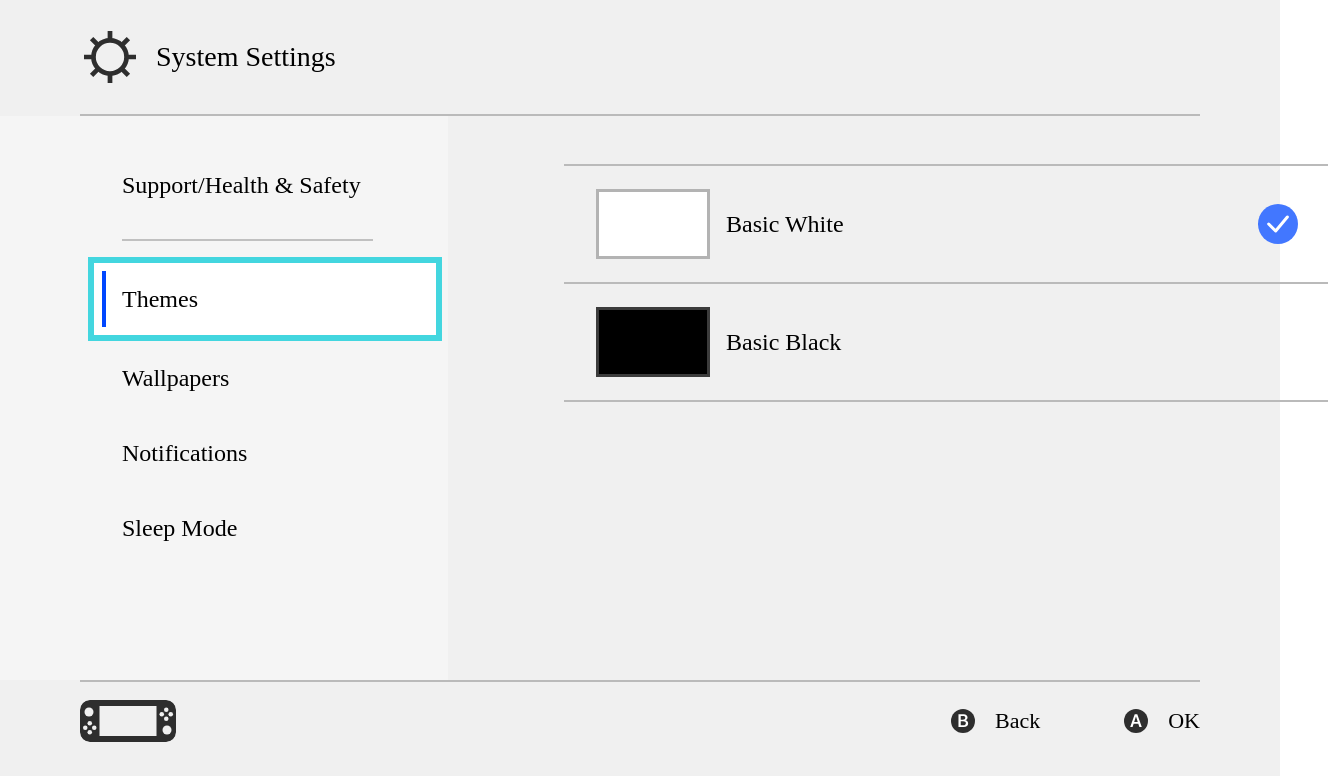
Repository: danielj1415/nintendoSwitchUI2
Page: /settings
An editor plug-in stored every save of this project. The page is shown before and after the next save, followed by the edit.
The browser window is 1280 px wide. The page is 1328 px wide, so the pictures cover 1328 px, including what lies to the right of the window. The pictures show the whole page.
The project was rebuilt for these pictures with package versions that can differ from the ones it lists, and the page was loaded fresh each time. Also part of the build but not shown: vite.config.js, src/ScreenHome.jsx, src/ScreenAlbum.jsx.

Above is the page before, as saved 2024-10-09 18:18:44.

After the next save:
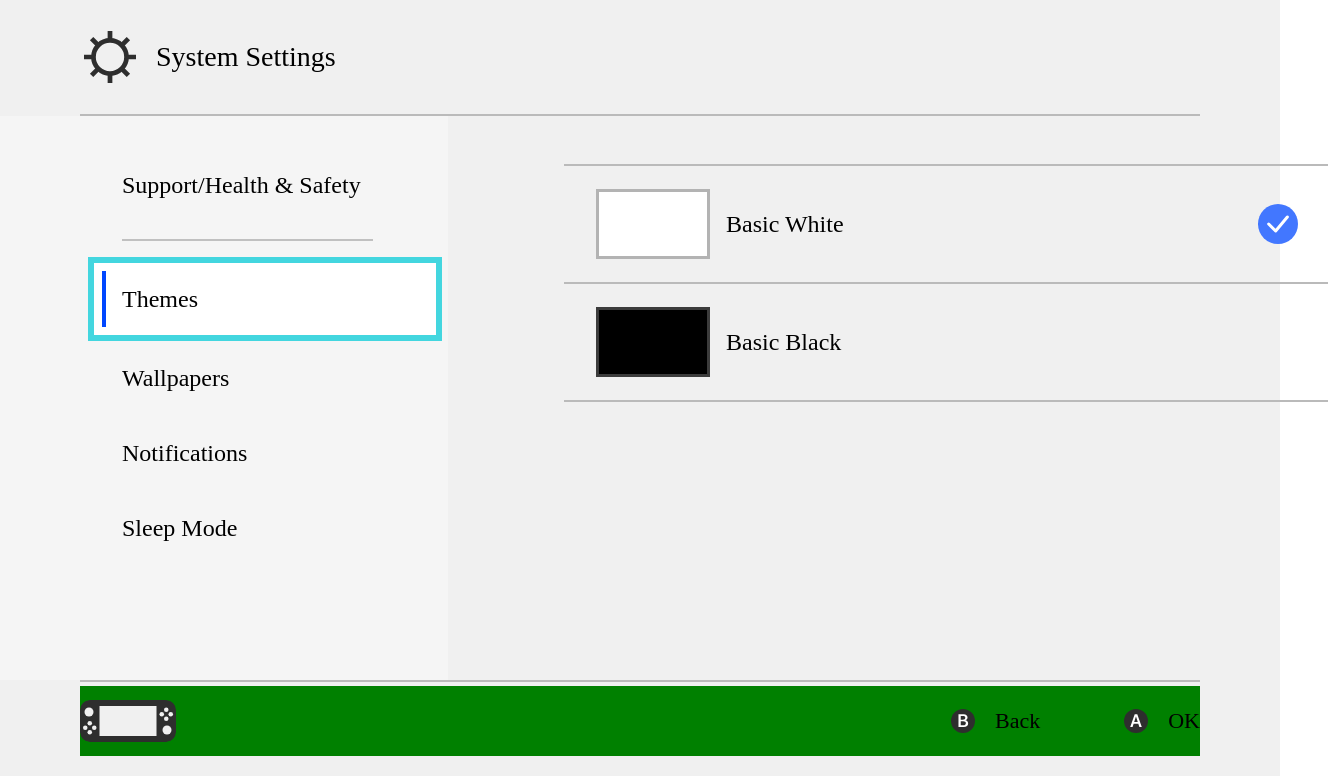
Saved 18 s later.
--- a/src/ScreenSettings.css
+++ b/src/ScreenSettings.css
@@ -218,6 +218,10 @@
     height: 116px;
 }
 
+.bottomMenuRowSettings{
+    background-color: green;
+}
+
 @media (max-height: 800px) and (min-height: 700px) {
     .headingText {
         font-size: 28px;

After the 2 saves that followed:
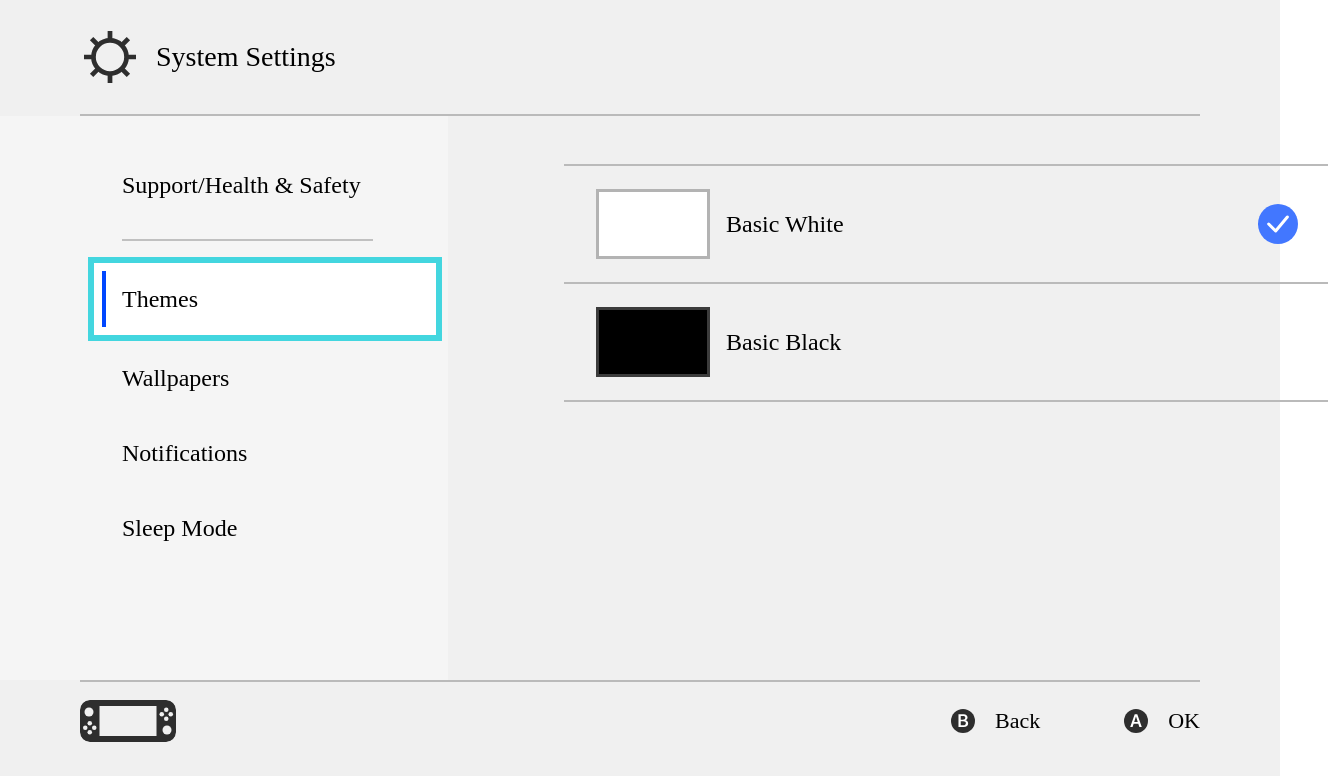
The 2 saves are shown as one change because 1 left the picture as it was.
The last was saved 42 s later.
--- a/src/ScreenSettings.css
+++ b/src/ScreenSettings.css
@@ -68,7 +68,6 @@
 .bottomMenuSettings {
     z-index: 1;
     position: absolute;
-    background-color: blue;
 }
 
 .selectedOption {
@@ -219,7 +218,7 @@
 }
 
 .bottomMenuRowSettings{
-    background-color: green;
+    display: flex;
 }
 
 @media (max-height: 800px) and (min-height: 700px) {
